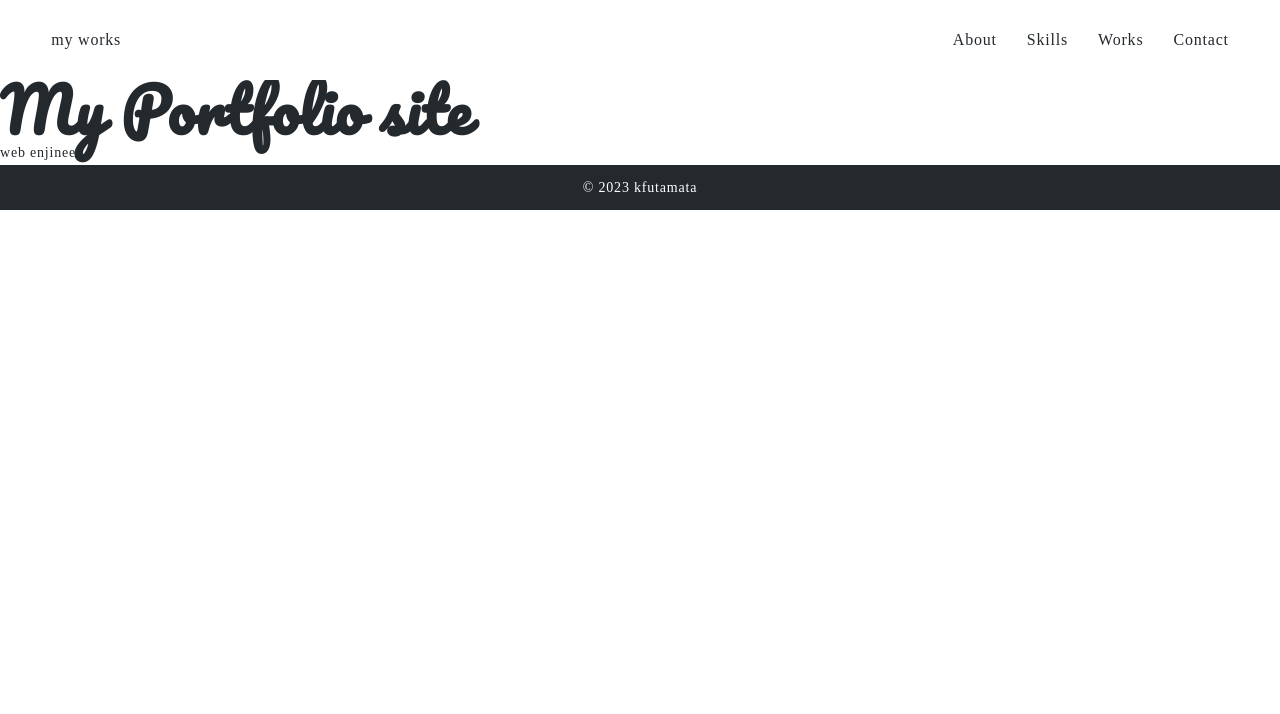
Repository: F-ksk/portfolio
Page: index.html
An editor plug-in stored every save of this project. The page is shown before and after the next save, followed by the edit.
The browser window is 1280 px wide. The pictures show the whole page.

Above is the page before, as saved 2023-06-28 01:27:08.

After the next save:
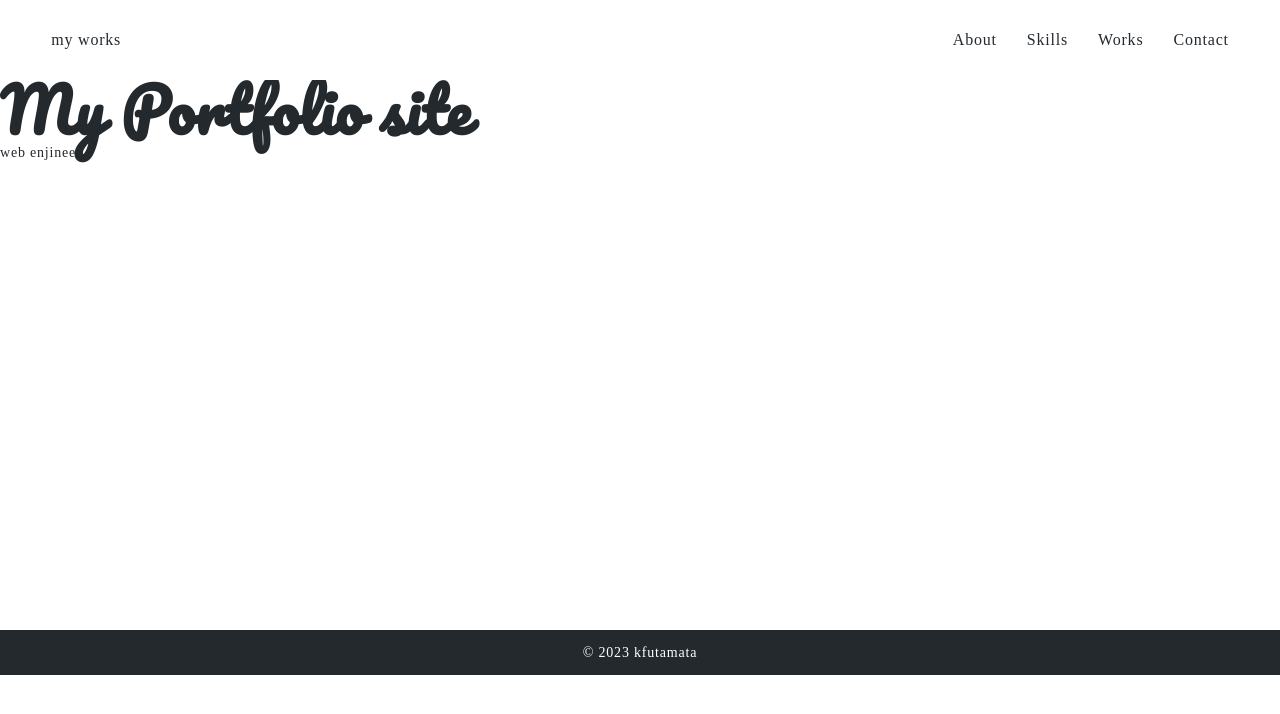
Not found: css/img/moutain.jpeg
Saved 85 s later.
--- a/index.html
+++ b/index.html
@@ -23,9 +23,11 @@
             </nav>
         </header>
 
-        <div>
-            <h1>My Portfolio site</h1>
-            <p>web enjineer</p>
+        <div class="main-visual">
+            <div>
+                <h1>My Portfolio site</h1>
+                <p>web enjineer</p>
+            </div>
         </div>
         <footer>
             <p>&copy; 2023 kfutamata</p>
